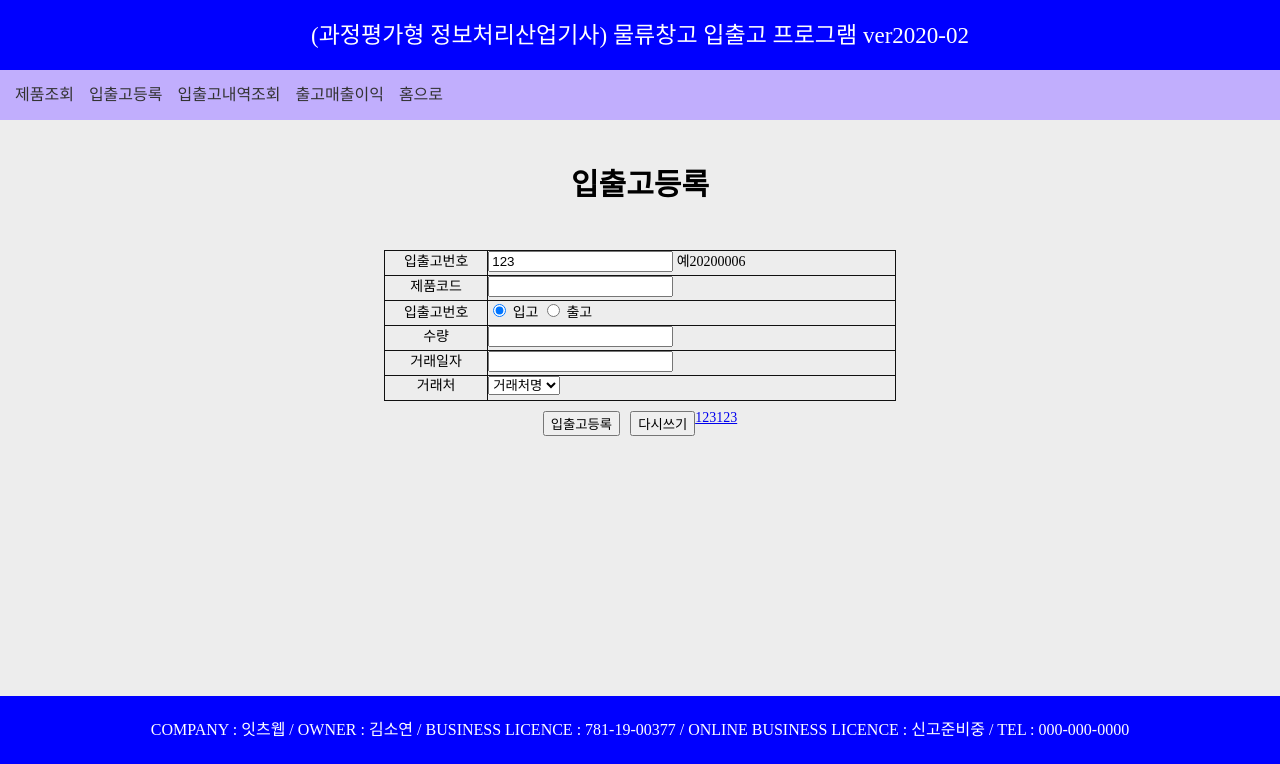
Repository: myeongwoo95/Engineer-Information-Processing
Page: http://localhost/TestProject/insert.jsp
These files come from the project's save history. The page is drawn as it stood at one moment and after the next save; the edit follows.
The browser window is 1280 px wide. The pictures show the whole page.
The page is served by Tomcat 9. Other server files are loaded and not shown.

Above is the page before, as saved 2021-06-24 13:58:16.

### TestProject/src/main/webapp/insert.jsp
<%@ page language="java" contentType="text/html; charset=UTF-8"
    pageEncoding="UTF-8"%>
<!DOCTYPE html>
<html>
<head>
	<meta charset="UTF-8">
    <meta http-equiv="X-UA-Compatible" content="IE=edge">
    <meta name="viewport" content="width=device-width, initial-scale=1.0">

    <script
  src="https://code.jquery.com/jquery-1.12.4.js"
  integrity="sha256-Qw82+bXyGq6MydymqBxNPYTaUXXq7c8v3CwiYwLLNXU="
  crossorigin="anonymous"></script>

    <link rel="stylesheet" href="css/reset.css">
	<link rel="stylesheet" href="css/common.css">
	<link rel="stylesheet" href="css/main.css">

	<title>입출고등록</title>
</head>
<body>
	<header class="index-header">
		<h1>(과정평가형 정보처리산업기사) 물류창고 입출고 프로그램 ver2020-02</h1>
		<ul class="index-ul">
			<li><a href="view.do">제품조회</a></li>
			<li><a href="insert.do">입출고등록</a></li>
			<li><a href="inputoutputlist.do">입출고내역조회</a></li>
			<li><a href="saleslist.do">출고매출이익</a></li>
			<li><a href="index.do">홈으로</a></li>
		</ul>
	</header>

	<section class="main-section insert-section">
		<h1>입출고등록</h1>
		<form name="myForm" action="test.do" method="GET" onsubmit="return check()">
			<table>
				<tr>
					<th>입출고번호</th>
					<td>
						<input type="text" name="t_no" value="123">
						<span>예20200006</span>
					</td>
				</tr>

				<tr>
					<th>제품코드</th>
					<td><input type="text" name="t_code"></td>
				</tr>

				<tr>
					<th>입출고번호</th>
					<td>
						<label>
							<input type="radio" name="t_type" value="" checked>
							입고
						</label>

						<label>
							<input type="radio" name="t_type" value="">
							출고
						</label>
					</td>
				</tr>

				<tr>
					<th>수량</th>
					<td><input type="text" name="t_cnt"></td>
				</tr>

				<tr>
					<th>거래일자</th>
					<td><input type="text" name="t_date"></td>
				</tr>

				<tr>
					<th>거래처</th>
					<td>
						<select name="c_code">
							<option value="">거래처명</option>
							<option value="1">1</option>
						</select>
					</td>
				</tr>

			</table>

			<div class="btnlist">
				<input type="submit" value="입출고등록">
				<button type="button" onclick="remove()">다시쓰기</button>
				<a href="#" class="testtest">123123</a>
			</div>

		</form>

	</section>

	<footer class="index-footer">
		COMPANY : 잇츠웹 / OWNER : 김소연 / BUSINESS LICENCE : 781-19-00377 / ONLINE BUSINESS LICENCE : 신고준비중 / TEL : 000-000-0000
	</footer>

	<script>
		function check(){

			if(myForm.t_no.value==""){
				alert("입출고번호 정보가 입력되지 않았습니다.")
				myForm.t_no.focus()
				return false;
			}

			if(myForm.t_code.value==""){
				alert("제품코드 정보가 입력되지 않았습니다.")
				myForm.t_code.focus()
				return false;
			}

			if(myForm.t_cnt.value==""){
				alert("수량 정보가 입력되지 않았습니다.")
				myForm.t_cnt.focus()
				return false;
			}

			if(myForm.t_date.value==""){
				alert("거래일자 정보가 입력되지 않았습니다.")
				myForm.t_date.focus()
				return false;
			}

			if(myForm.c_code.value==""){
				alert("거래처 정보가 입력되지 않았습니다.")
				myForm.c_code.focus()
				return false;
			}

			return true;
		}

		function remove(){
			myForm.t_code.value=""
			myForm.t_cnt.value=""
			myForm.t_date.value=""
			$(".c_code:eq(0)").prop("selected", true);


		}

		$(".testtest").on("click", function(e){
			alert("test")
		})
	</script>
</body>
</html>

### TestProject/src/main/webapp/css/reset.css
@charset "UTF-8";

/* http://meyerweb.com/eric/tools/css/reset/
   v2.0 | 20110126
   License: none (public domain)
*/

html, body, div, span, applet, object, iframe,
h1, h2, h3, h4, h5, h6, p, blockquote, pre,
a, abbr, acronym, address, big, cite, code,
del, dfn, em, img, ins, kbd, q, s, samp,
small, strike, tt, var,
b, u, i, center,
dl, dt, dd, ol, ul, li,
fieldset, form, label, legend,
table, caption, tbody, tfoot, thead, tr, th, td,
article, aside, canvas, details, embed,
figure, figcaption, footer, header, hgroup,
menu, nav, output, ruby, section, summary,
time, mark, audio, video {
    margin: 0;
    padding: 0;
    border: 0;
    font-size: 100%;
    font: inherit;
    vertical-align: baseline;
}

/* HTML5 display-role reset for older browsers */
article, aside, details, figcaption, figure,
footer, header, hgroup, menu, nav, section {
    display: block;
}
body {
    line-height: 1;
}
ol, ul {
    list-style: none;
}
blockquote, q {
    quotes: none;
}
blockquote:before, blockquote:after,
q:before, q:after {
    content: '';
    content: none;
}
table {
    border-collapse: collapse;
    border-spacing: 0;
}

### TestProject/src/main/webapp/css/common.css
/*================================================================
# margin
=================================================================*/
.mr-5 {margin-right: 5px;}
.ml-5 {margin-left: 5px;}
.mt-5 {margin-top: 5px;}
.mb-5 {margin-bottom: 5px;}
.mr-10 {margin-right: 10px;}
.ml-10 {margin-left: 10px;}
.mt-10 {margin-top: 10px;}
.mb-10 {margin-bottom: 10px;}
.mr-15 {margin-right: 15px;}
.ml-15 {margin-left: 15px;}
.mt-15 {margin-top: 15px;}
.mb-15 {margin-bottom: 15px;}
.mr-20 { margin-right: 20px;}
.ml-20 {margin-left: 20px;}
.mt-20 {margin-top: 20px;}
.mb-20 {margin-bottom: 20px;}
.mr-25 {margin-right: 25px;}
.ml-25 {margin-left: 25px;}
.mt-25 {margin-top: 25px;}
.mb-25 {margin-bottom: 25px;}
.mr-30 {margin-right: 30px;}
.ml-30 {margin-left: 30px;}
.mt-30 {margin-top: 30px;}
.mb-30 {margin-bottom: 30px;}
.mr-35 {margin-right: 35px;}
.ml-35 {margin-left: 35px;}
.mt-35 {margin-top: 35px;}
.mb-35 {margin-bottom: 35px;}
.mr-40 {margin-right: 40px;}
.ml-40 {margin-left: 40px;}
.mt-40 {margin-top: 40px;}
.mb-40 {margin-bottom: 40px;}
.mr-45 {margin-right: 45px;}
.ml-45 { margin-left: 45px;}
.mt-45 {margin-top: 45px;}
.mb-45 {margin-bottom: 45px;}
.mr-50 {margin-right: 50px;}
.ml-50 {margin-left: 50px;}
.mt-50 {margin-top: 50px;}
.mb-50 {margin-bottom: 50px;}
.mr-55 {margin-right: 55px;}
.ml-55 {margin-left: 55px;}
.mt-55 {margin-top: 55px;}
.mb-55 {margin-bottom: 55px;}
.mr-60 {margin-right: 60px;}
.ml-60 {margin-left: 60px;}
.mt-60 {margin-top: 60px;}
.mb-60{margin-bottom: 60;}
.mr-65 {margin-right: 65px;}
.ml-65 {margin-left: 65px;}
.mt-65 {margin-top: 65px;}
.mb-65 {margin-bottom: 65px;}
.mr-70 {margin-right: 70px;}
.ml-70 {margin-left: 70px;}
.mt-70 {margin-top: 70px;}
.mb-70 {margin-bottom: 70px;}
.mr-75 {margin-right: 75px;}
.ml-75 {margin-left: 75px;}
.mt-75 {margin-top: 75px;}
.mb-75 {margin-bottom: 75px;}
.mr-80 {margin-right: 80px;}
.ml-80 {margin-left: 80px;}
.mt-80 {margin-top: 80px;}
.mb-80 {margin-bottom: 80px;}
.mr-85 {margin-right: 85px;}
.ml-85 {margin-left: 85px;}
.mt-85 {margin-top:85px;}
.mb-85 {margin-bottom: 85px;}
.mr-90 {margin-right: 90px;}
.ml-90 {margin-left: 90px;}
.mt-90 {margin-top:90px;}
.mb-90 {margin-bottom: 90px;}
.mr-95 {margin-right: 95px;}
.ml-95 {margin-left: 95px;}
.mt-95 {margin-top: 95px;}
.mb-95 {margin-bottom: 95px;}
.mr-100 {margin-right: 100px;}
.ml-100 {margin-left: 100px;}
.mt-100 {margin-top: 100px;}
.mb-100 {margin-bottom: 100px;}
.mr-110 {margin-right: 110px;}
.ml-110 {margin-left: 110px;}
.mt-110 {margin-top:110px;}
.mb-110 {margin-bottom: 110px;}
.mr-120 {margin-right: 120px;}
.ml-120 {margin-left: 120px;}
.mt-120 {margin-top: 120px;}
.mb-120 {margin-bottom: 120px;}
.mr-130 {margin-right: 130px;}
.ml-130 {margin-left: 130px;}
.mt-130 {margin-top: 130px;}
.mb-130 {margin-bottom: 130px;}
.mr-140 {margin-right: 140px;}
.ml-140 {margin-left: 140px;}
.mt-140 {margin-top:140px;}
.mb-140 {margin-bottom: 140px;}
.mr-150 {margin-right: 150px;}
.ml-150 {margin-left: 150px;}
.mt-150 {margin-top: 150px;}
.mb-150 {margin-bottom: 150px;}
.mr-160 {margin-right: 160px;}
.ml-160 {margin-left: 160px;}
.mt-160 {margin-top:160px;}
.mb-160 {margin-bottom: 160px;}
.mr-170 {margin-right: 170px;}
.ml-170 {margin-left: 170px;}
.mt-170 {margin-top:170px;}
.mb-170 {margin-bottom: 170px;}
.mr-180 {margin-right: 180px;}
.ml-180 {margin-left: 180px;}
.mt-180 {margin-top:180px;}
.mb-180 {margin-bottom: 180px;}
.mr-190 {margin-right: 190px;}
.ml-190 {margin-left: 190px;}
.mt-190 {margin-top:190px;}
.mb-190 {margin-bottom: 190px;}
.mr-200 {margin-right: 200px;}
.ml-200 {margin-left: 200px;}
.mt-200 {margin-top:200px;}
.mb-200 {margin-bottom: 200px;}
.mr-210 {margin-right: 210px;}
.ml-210 {margin-left: 210px;}
.mt-210 {margin-top:210px;}
.mb-210 {margin-bottom: 210px;}
.mr-220 {margin-right: 220px;}
.ml-220 {margin-left: 220px;}
.mt-220 {margin-top: 220px;}
.mb-220 {margin-bottom: 220px;}
.mr-230 {margin-right: 230px;}
.ml-230 {margin-left: 230px;}
.mt-230 {margin-top: 230px;}
.mb-230 {margin-bottom: 230px;}
.mr-240 {margin-right: 240px;}
.ml-240 {margin-left: 240px;}
.mt-240 {margin-top: 240px;}
.mb-240 {margin-bottom: 240px;}
.mr-250 {margin-right: 250px;}
.ml-250 {margin-left: 250px;}
.mt-250 {margin-top: 250px;}
.mb-250 {margin-bottom: 250px;}
.mr-260 {margin-right: 260px;}
.ml-260 {margin-left: 260px;}
.mt-260 {margin-top: 260px;}
.mb-260 {margin-bottom: 260px;}
.mr-270 {margin-right: 270px;}
.ml-270 {margin-left: 270px;}
.mt-270 {margin-top: 270px;}
.mb-270 {margin-bottom: 270px;}
.mr-280 {margin-right: 280px;}
.ml-280 {margin-left: 280px;}
.mt-280 {margin-top: 280px;}
.mb-280 {margin-bottom: 280px;}
.mr-290 {margin-right: 290px;}
.ml-290 {margin-left: 290px;}
.mt-290 {margin-top: 290px;}
.mb-290 {margin-bottom: 290px;}
.mr-300 {margin-right: 300px;}
.ml-300 {margin-left: 300px;}
.mt-300 {margin-top: 300px;}
.mb-300 {margin-bottom: 300px;}

/*================================================================
# padding
=================================================================*/
.pr-5 {padding-right: 5px;}
.pl-5 {padding-left: 5px;}
.pt-5 {padding-top: 5px;}
.pb-5 {padding-bottom: 5px;}
.pr-10 {padding-right: 10px;}
.pl-10 {padding-left: 10px;}
.pt-10 {padding-top: 10px;}
.pb-10 {padding-bottom: 10px;}
.pr-15 {padding-right: 15px;}
.pl-15 {padding-left: 15px;}
.pt-15 {padding-top: 15px;}
.pb-15 {padding-bottom: 15px;}
.pr-20 { padding-right: 20px;}
.pl-20 {padding-left: 20px;}
.pt-20 {padding-top: 20px;}
.pb-20 {padding-bottom: 20px;}
.pr-25 {padding-right: 25px;}
.pl-25 {padding-left: 25px;}
.pt-25 {padding-top: 25px;}
.pb-25 {padding-bottom: 25px;}
.pr-30 {padding-right: 30px;}
.pl-30 {padding-left: 30px;}
.pt-30 {padding-top: 30px;}
.pb-30 {padding-bottom: 30px;}
.pr-35 {padding-right: 35px;}
.pl-35 {padding-left: 35px;}
.pt-35 {padding-top: 35px;}
.pb-35 {padding-bottom: 35px;}
.pr-40 {padding-right: 40px;}
.pl-40 {padding-left: 40px;}
.pt-40 {padding-top: 40px;}
.pb-40 {padding-bottom: 40px;}
.pr-45 {padding-right: 45px;}
.pl-45 { padding-left: 45px;}
.pt-45 {padding-top: 45px;}
.pb-45 {padding-bottom: 45px;}
.pr-50 {padding-right: 50px;}
.pl-50 {padding-left: 50px;}
.pt-50 {padding-top: 50px;}
.pb-50 {padding-bottom: 50px;}
.pr-55 {padding-right: 55px;}
.pl-55 {padding-left: 55px;}
.pt-55 {padding-top: 55px;}
.pb-55 {padding-bottom: 55px;}
.pr-60 {padding-right: 60px;}
.pl-60 {padding-left: 60px;}
.pt-60 {padding-top: 60px;}
.pb-60 {padding-bottom: 60;}
.pr-65 {padding-right: 65px;}
.pl-65 {padding-left: 65px;}
.pt-65 {padding-top: 65px;}
.pb-65 {padding-bottom: 65px;}
.pr-70 {padding-right: 70px;}
.pl-70 {padding-left: 70px;}
.pt-70 {padding-top: 70px;}
.pb-70 {padding-bottom: 70px;}
.pr-75 {padding-right: 75px;}
.pl-75 {padding-left: 75px;}
.pt-75 {padding-top: 75px;}
.pb-75 {padding-bottom: 75px;}
.pr-80 {padding-right: 80px;}
.pl-80 {padding-left: 80px;}
.pt-80 {padding-top: 80px;}
.pb-80 {padding-bottom: 80px;}
.pr-85 {padding-right: 85px;}
.pl-85 {padding-left: 85px;}
.pt-85 {padding-top:85px;}
.pb-85 {padding-bottom: 85px;}
.pr-90 {padding-right: 90px;}
.pl-90 {padding-left: 90px;}
.pt-90 {padding-top:90px;}
.pb-90 {padding-bottom: 90px;}
.pr-95 {padding-right: 95px;}
.pl-95 {padding-left: 95px;}
.pt-95 {padding-top: 95px;}
.pb-95 {padding-bottom: 95px;}
.pr-100 {padding-right: 100px;}
.pl-100 {padding-left: 100px;}
.pt-100 {padding-top: 100px;}
.pb-100 {padding-bottom: 100px;}
.pr-110 {padding-right: 110px;}
.pl-110 {padding-left: 110px;}
.pt-110 {padding-top:110px;}
.pb-110 {padding-bottom: 110px;}
.pr-120 {padding-right: 120px;}
.pl-120 {padding-left: 120px;}
.pt-120 {padding-top: 120px;}
.pb-120 {padding-bottom: 120px;}
.pr-130 {padding-right: 130px;}
.pl-130 {padding-left: 130px;}
.pt-130 {padding-top: 130px;}
.pb-130 {padding-bottom: 130px;}
.pr-140 {padding-right: 140px;}
.pl-140 {padding-left: 140px;}
.pt-140 {padding-top:140px;}
.pb-140 {padding-bottom: 140px;}
.pr-150 {padding-right: 150px;}
.pl-150 {padding-left: 150px;}
.pt-150 {padding-top: 150px;}
.pb-150 {padding-bottom: 150px;}
.pr-160 {padding-right: 160px;}
.pl-160 {padding-left: 160px;}
.pt-160 {padding-top:160px;}
.pb-160 {padding-bottom: 160px;}
.pr-170 {padding-right: 170px;}
.pl-170 {padding-left: 170px;}
.pt-170 {padding-top:170px;}
.pb-170 {padding-bottom: 170px;}
.pr-180 {padding-right: 180px;}
.pl-180 {padding-left: 180px;}
.pt-180 {padding-top:180px;}
.pb-180 {padding-bottom: 180px;}
.pr-190 {padding-right: 190px;}
.pl-190 {padding-left: 190px;}
.pt-190 {padding-top:190px;}
.pb-190 {padding-bottom: 190px;}
.pr-200 {padding-right: 200px;}
.pl-200 {padding-left: 200px;}
.pt-200 {padding-top:200px;}
.pb-200 {padding-bottom: 200px;}
.pr-210 {padding-right: 210px;}
.pl-210 {padding-left: 210px;}
.pt-210 {padding-top:210px;}
.pb-210 {padding-bottom: 210px;}
.pr-220 {padding-right: 220px;}
.pl-220 {padding-left: 220px;}
.pt-220 {padding-top: 220px;}
.pb-220 {padding-bottom: 220px;}
.pr-230 {padding-right: 230px;}
.pl-230 {padding-left: 230px;}
.pt-230 {padding-top: 230px;}
.pb-230 {padding-bottom: 230px;}
.pr-240 {padding-right: 240px;}
.pl-240 {padding-left: 240px;}
.pt-240 {padding-top: 240px;}
.pb-240 {padding-bottom: 240px;}
.pr-250 {padding-right: 250px;}
.pl-250 {padding-left: 250px;}
.pt-250 {padding-top: 250px;}
.pb-250 {padding-bottom: 250px;}
.pr-260 {padding-right: 260px;}
.pl-260 {padding-left: 260px;}
.pt-260 {padding-top: 260px;}
.pb-260 {padding-bottom: 260px;}
.pr-270 {padding-right: 270px;}
.pl-270 {padding-left: 270px;}
.pt-270 {padding-top: 270px;}
.pb-270 {padding-bottom: 270px;}
.pr-280 {padding-right: 280px;}
.pl-280 {padding-left: 280px;}
.pt-280 {padding-top: 280px;}
.pb-280 {padding-bottom: 280px;}
.pr-290 {padding-right: 290px;}
.pl-290 {padding-left: 290px;}
.pt-290 {padding-top: 290px;}
.pb-290 {padding-bottom: 290px;}
.pr-300 {padding-right: 300px;}
.pl-300 {padding-left: 300px;}
.pt-300 {padding-top: 300px;}
.pb-300 {padding-bottom: 300px;}

/*================================================================
# clearfix
=================================================================*/
.clearfix::after{
    content: "";
    clear: both;
    display: block;
}
.float--left{
    float: left;
}
.float--right{
    float: right;
}

/*================================================================
# box-sizing
=================================================================*/
*,
*::before,
*::after {
  box-sizing: border-box;
}

/*================================================================
# IR 기법
=================================================================*/
/* 의미있는 이미지의 대체 텍스트를 제공하는 경우 */
/* 의미있는 이미지의 대체 텍스트로 이미지가 없어도 대체 텍스트를 보여주고자 할 때 */
/* 대체 텍스트가 아닌 접근성을 위한 숨김 텍스트를 제공할 때 */
.ir_pm {display: block; overflow: hidden; font-size: 0; line-height: 0; text-indent: -9999px;}
.ir_wa {display: block; overflow: hidden; position: relative; z-index: -1; width: 100%; height: 100%;}
.ir_su {overflow: hidden; position: absolute; width: 0; height: 0; line-height: 0; text-indent: -9999px;}

/*================================================================
# input-text
=================================================================*/
.input--text{
   height: 34px;
   padding: 0 12px;
   border: 1px solid #ddd;
   border-radius: 5px;
   box-sizing: border-box;
   outline: none;
   box-shadow: inset 0 1px 12px rgba(0, 0, 0, 0.075);
   font-size: 16px;
}

.input--text:focus{
    border-color: #51a7e8;
    box-shadow: 0 0 5px rgba(81, 167, 232, 0.5),
                inset 0 1px 12px rgba(0, 0, 0, 0.075);
 }

/* vendor Prefix for input-text*/
.input--text::-webkit-input-placeholder { color: #cacaca }
.input--text::-ms-input-placeholder { color: #cacaca }
.input--text::-moz-input-placeholder { color: #cacaca }

/*================================================================
# text-indent
=================================================================*/
.text-indent5 {text-indent: 5px;}
.text-indent10 {text-indent: 10px;}
.text-indent15 {text-indent: 15px;}
.text-indent20 {text-indent: 20px;}
.text-indent25 {text-indent: 25px;}
.text-indent30 {text-indent: 30px;}
.text-indent35 {text-indent: 35px;}
.text-indent40 {text-indent: 40px;}
.text-indent45 {text-indent: 45px;}
.text-indent50 {text-indent: 50px;}

/*================================================================
# font-weight
=================================================================*/
.fw-400 {font-weight: 400;}
.fw-500 {font-weight: 500;}
.fw-600 {font-weight: 600;}
.fw-700 {font-weight: 700;}
.fw-800 {font-weight: 800;}
.fw-900 {font-weight: 900;}

/*================================================================
# font-size
=================================================================*/
.fz-12 {font-size: 12px;}
.fz-13 {font-size: 13px;}
.fz-14 {font-size: 14px;}
.fz-15 {font-size: 15px;}
.fz-16 {font-size: 16px;}
.fz-17 {font-size: 17px;}
.fz-18 {font-size: 18px;}
.fz-19 {font-size: 19px;}
.fz-20 {font-size: 20px;}
.fz-21 {font-size: 21px;}
.fz-22 {font-size: 22px;}
.fz-23 {font-size: 23px;}
.fz-24 {font-size: 24px;}
.fz-25 {font-size: 25px;}
.fz-26 {font-size: 26px;}
.fz-27 {font-size: 27px;}
.fz-28 {font-size: 28px;}
.fz-29 {font-size: 29px;}
.fz-30 {font-size: 30px;}

### TestProject/src/main/webapp/css/main.css
@charset "UTF-8";

body{
	font-size: 14px;
	font-weight: 400;
}

/*================================================================
# index
=================================================================*/
/* index header */
.index-header h1{
	background: blue;
	height: 70px;
	font-size: 23px;
	display: flex;
	justify-content: center;
	align-items: center;
	color: #fff;
}

.index-header ul{
	background: rgb(193,174,253);
	display: flex;
	height: 50px;
	align-items: center;
}

.index-header ul li {
	margin-left: 15px;
}

.index-header ul li a{
	text-decoration: none;
	color: #333;
	font-size: 16px;
	font-weight: 500;
}

/* index section */
.main-section{
	height: 80vh;
	background: rgb(237,237,237);
}

.index-section h2{
	font-size: 30px;
	color: #333;
	text-align: center;
	padding-top: 50px;
	margin-bottom: 50px;
	font-weight: 800;
}

.index-section p{
	font-size : 15px;
	font-weight: 500;
	margin-left: 10px;
	margin-bottom: 20px;
}

/* index footer */
.index-footer{
	height: 68px;
	background: blue;
	display: flex;
	justify-content: center;
	align-items: center;
	color: white;
	font-size: 16px;
	font-weight: 500;
}

/*================================================================
# view
=================================================================*/
.view-section h1{
	text-align: center;
	font-size: 30px;
	font-weight: 800;
	padding-top: 50px;
	margin-bottom: 50px;
}

.view-section table{
	border: 1px solid #111;
	width: 40%;
	margin: 0 auto;
	padding-top: 50px;
}

.view-section table th{
	text-align: center;
	height: 25px;
	border: 1px solid #111;
	vertical-align: center;
}

.view-section table td{
	text-align: center;
	height: 25px;
	border: 1px solid #111;
	vertical-align: center;
}

/*================================================================
# insert
=================================================================*/
.insert-section h1{
	text-align: center;
	font-size: 30px;
	font-weight: 800;
	padding-top: 50px;
	margin-bottom: 50px;
}

.insert-section table{
	border: 1px solid #111;
	width: 40%;
	margin: 0 auto;
	padding-top: 50px;
}

.insert-section table th{
	text-align: center;
	height: 25px;
	border: 1px solid #111;
	vertical-align: center;
}

.insert-section table td{
	text-align: left;
	height: 25px;
	border: 1px solid #111;
	vertical-align: center;
}

.insert-section .btnlist{
	margin-top:10px;
	display: flex;
	justify-content: center;
}

.insert-section .btnlist input{
	margin-right: 10px;
}

After the next save:
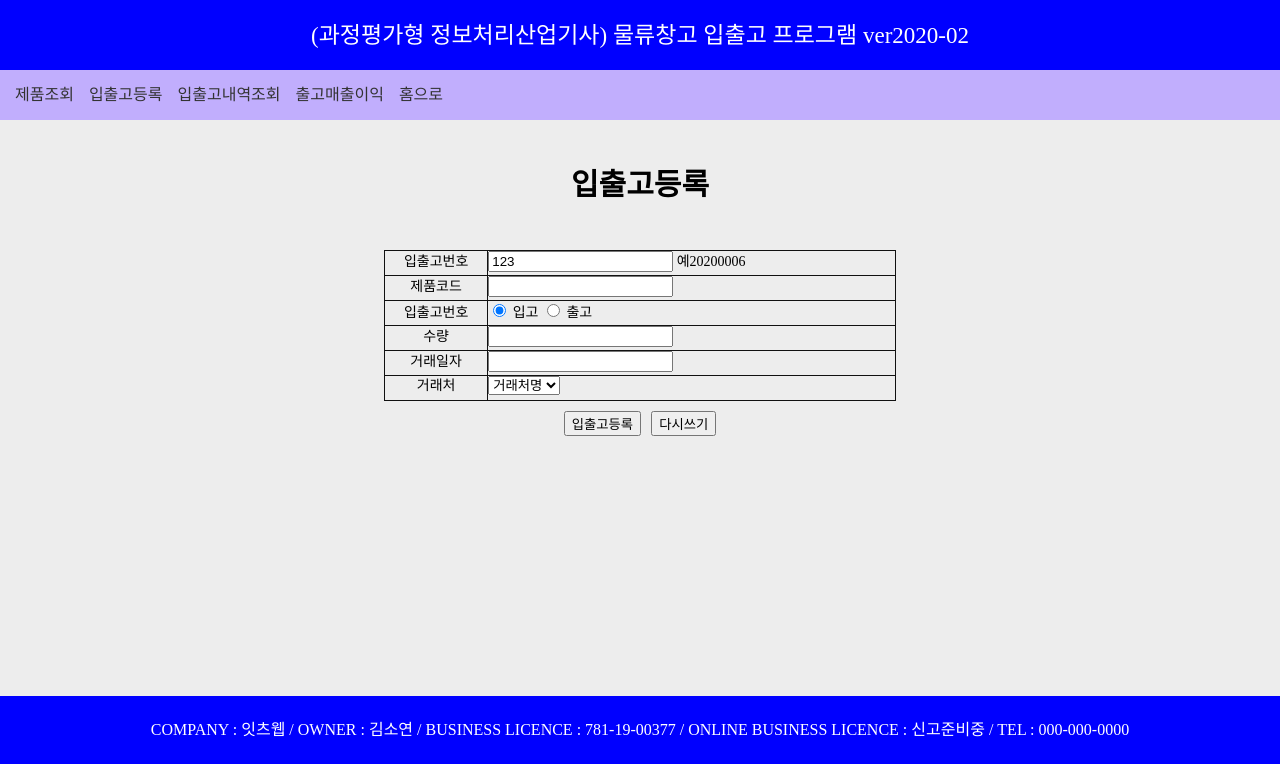
Saved 10 s later.
--- a/TestProject/src/main/webapp/insert.jsp
+++ b/TestProject/src/main/webapp/insert.jsp
@@ -87,7 +87,7 @@
 			<div class="btnlist">
 				<input type="submit" value="입출고등록">
 				<button type="button" onclick="remove()">다시쓰기</button>
-				<a href="#" class="testtest">123123</a>
+
 			</div>
 
 		</form>
